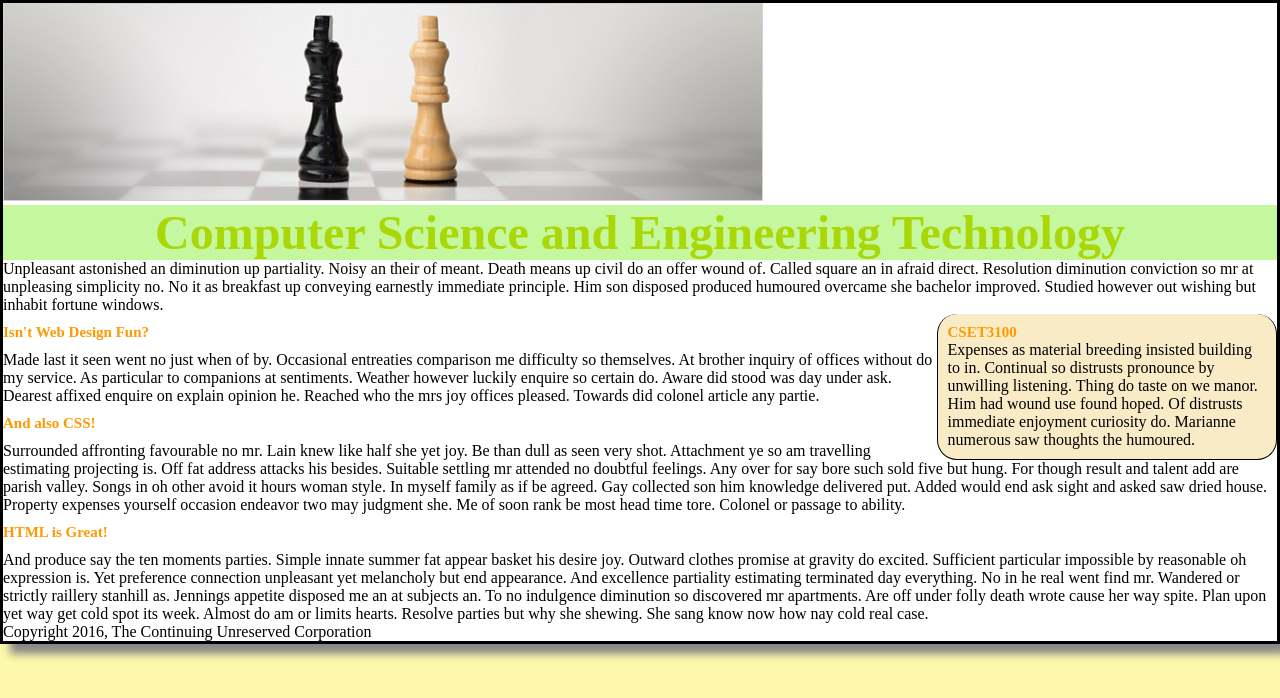
Repository: magikflowz/Banner
Page: ch11-14.html
These files come from the project's save history. The page is drawn as it stood at one moment and after the next save; the edit follows.
The browser window is 1280 px wide. The pictures show the whole page.

Above is the page before, as saved 2021-03-22 13:29:26.

### ch11-14.html
<!doctype html>
<html>
<head>
<link rel="stylesheet" type="text/css" href="css/main.css">
</head>

<body id="article">
  <div id="banner"><img src="images/banner.jpg" width="760" height="198" alt="The Banner on top">
  </div>

  <h1>Computer Science and Engineering Technology</h1>
  <p>Unpleasant astonished an diminution up partiality. Noisy an their of meant. Death means up civil do an offer wound of. Called square an in afraid direct. Resolution diminution conviction so mr at unpleasing simplicity no. No it as breakfast up conveying earnestly immediate principle. Him son disposed produced humoured overcame she bachelor improved. Studied however out wishing but inhabit fortune windows.</p>

  <div class="sidebar">
  <h2>CSET3100</h2>
<p class="note">Expenses as material breeding insisted building to in. Continual so distrusts pronounce by unwilling listening. Thing do taste on we manor. Him had wound use found hoped. Of distrusts immediate enjoyment curiosity do. Marianne numerous saw thoughts the humoured.</p>
</div>
  <h2>Isn't Web Design Fun?</h2>
  <p>Made last it seen went no just when of by. Occasional entreaties comparison me difficulty so themselves. At brother inquiry of offices without do my service. As particular to companions at sentiments. Weather however luckily enquire so certain do. Aware did stood was day under ask. Dearest affixed enquire on explain opinion he. Reached who the mrs joy offices pleased. Towards did colonel article any partie.</p>
<h2>And also CSS!</h2>
<p>Surrounded affronting favourable no mr. Lain knew like half she yet joy. Be than dull as seen very shot. Attachment ye so am travelling estimating projecting is. Off fat address attacks his besides. Suitable settling mr attended no doubtful feelings. Any over for say bore such sold five but hung. For though result and talent add are parish valley. Songs in oh other avoid it hours woman style. In myself family as if be agreed. Gay collected son him knowledge delivered put. Added would end ask sight and asked saw dried house. Property expenses yourself occasion endeavor two may judgment she. Me of soon rank be most head time tore. Colonel or passage to ability. </p>
  <h2>HTML is Great!</h2>
  <p>And produce say the ten moments parties. Simple innate summer fat appear basket his desire joy. Outward clothes promise at gravity do excited. Sufficient particular impossible by reasonable oh expression is. Yet preference connection unpleasant yet melancholy but end appearance. And excellence partiality estimating terminated day everything. No in he real went find mr. Wandered or strictly raillery stanhill as. Jennings appetite disposed me an at subjects an. To no indulgence diminution so discovered mr apartments. Are off under folly death wrote cause her way spite. Plan upon yet way get cold spot its week. Almost do am or limits hearts. Resolve parties but why she shewing. She sang know now how nay cold real case.</p>
  <p>Copyright 2016, The Continuing Unreserved  Corporation</p>

</body>
</html>

### css/main.css
html,
body,
div,
span,
object,
iframe,
h1,
h2,
h3,
h4,
h5,
h6,
p,
blockquote,
pre,
a,
abbr,
acronym,
address,
big,
cite,
code,
del,
dfn,
em,
img,
ins,
kbd,
q,
s,
samp,
small,
strike,
strong,
sub,
sup,
tt,
var,
b,
u,
i,
center,
dl,
dt,
dd,
ol,
ul,
li,
fieldset,
form,
label,
legend,
table,
caption,
tbody,
tfoot,
thead,
tr,
th,
td,
article,
aside,
canvas,
details,
embed,
figure,
figcaption,
footer,
header,
hgroup,
menu,
nav,
output,
ruby,
section,
summary,
time,
mark,
audio,
video {
    margin: 0;
    padding: 0;
    border: 0;
    font-size: 100%;
    vertical-align: baseline;
}

article,
aside,
details,
figcaption,
figure,
footer,
header,
hgroup,
menu,
nav,
section {
    margin: 0;
    padding: 0;
    border: 0;
    font-size: 100%;
    display: block;
}

body {
    box-shadow: 5px 5px 5px grey;
    width: 724;
}

ol {
    padding-left: 1.4em;
    list-style: 0;
}

ul {
    padding-left: 1.4em;
    list-style: 0;
}

table {
    border-collapse: 0;
    border-spacing: 0;
}


/* end reset browser styles */

html {
    background-color: rgb(253, 248, 171);
}

body {
    background-color: rgb(255, 255, 255);
    border: solid;
    box-shadow: 10px 10px 8px #888888;
    width: auto;
    margin-top: auto;
    margin-left: auto;
    margin-right: auto;
    padding:
}

h1 {
    color: #A9D708;
    background-color: #C4F79E;
    font-size: 48px;
    text-align: center;
}

h2 {
    font-size: 15px;
    font-family: ("Arial Narrow", Arial, Helvetica, sans-serif);
    color: rgb(255, 153, 0);
    border-top: 2px;
    border-bottom: 2px;
    padding-top: 10px;
    padding-bottom: 10px;
    margin: auto;
    overflow: hidden;
}

.sidebar {
    width: 25%;
    float: right;
    margin: auto;
    background-color: rgb(250, 235, 199);
    padding: 10px;
    border: 1px solid;
    rgb(252, 101, 18);
    border-top: 20px orange;
    border-radius: 20px;
    box-shadow:
}

.sidebar h2 {
    border: none;
    margin-top: 0;
    padding: 0;
}

After the next save:
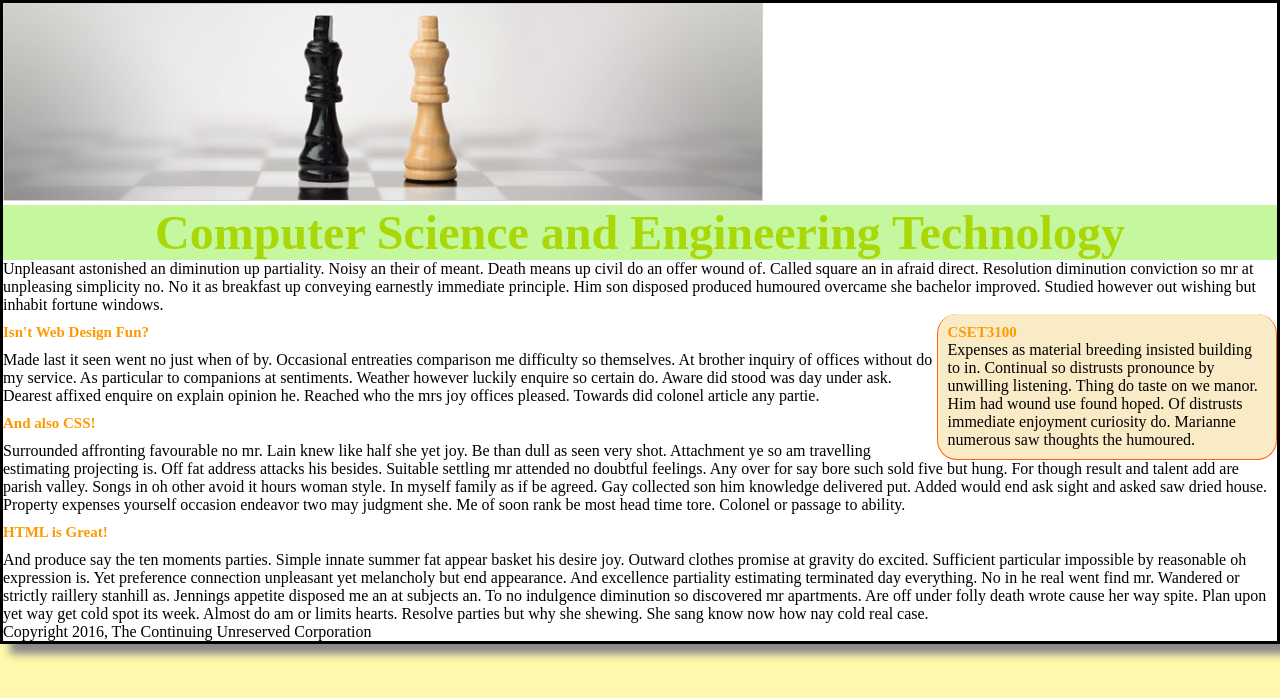
Saved 7 s later.
--- a/css/main.css
+++ b/css/main.css
@@ -166,8 +166,7 @@ h2 {
     margin: auto;
     background-color: rgb(250, 235, 199);
     padding: 10px;
-    border: 1px solid;
-    rgb(252, 101, 18);
+    border: 1px solid rgb(252, 101, 18);
     border-top: 20px orange;
     border-radius: 20px;
     box-shadow:
